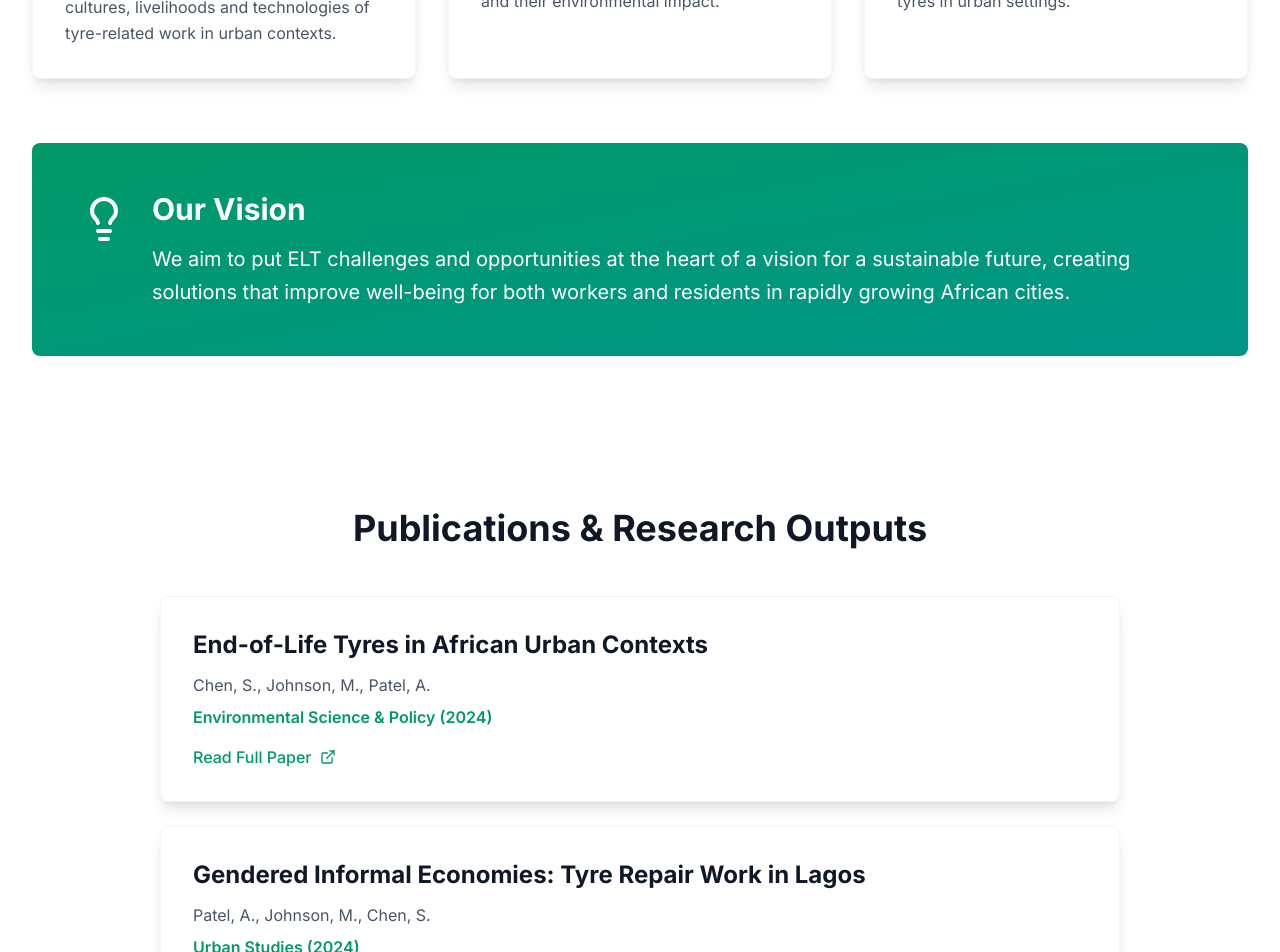
Repository: tiossdav/codesria
Page: /
An editor plug-in stored every save of this project. The page is shown before and after the next save, followed by the edit.
The browser window is 1280 px wide. The pictures show the part of the page from y = 2056 to 3008 px (the page is 5034 px tall before and 5099 px after).
The project was rebuilt for these pictures with package versions that can differ from the ones it lists, and the page was loaded fresh each time. Also part of the build but not shown: vite.config.ts.

Above is the page before, as saved 2025-11-19 19:59:29.

After the next save:
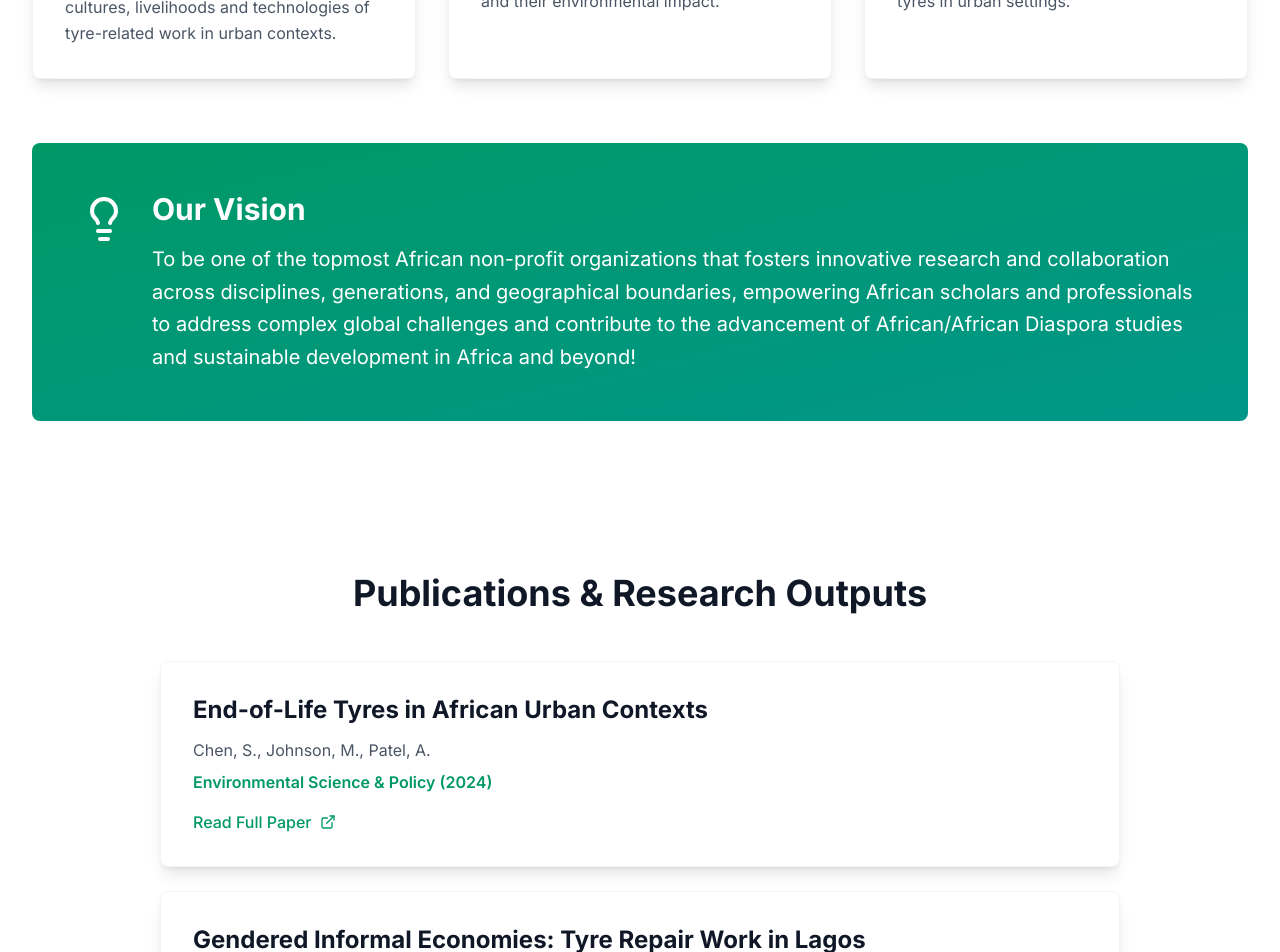
Saved 4 min 12 s later.
--- a/src/pages/Research.tsx
+++ b/src/pages/Research.tsx
@@ -59,10 +59,12 @@ function Research() {
           <div>
             <h3 className="text-3xl font-bold mb-4">Our Vision</h3>
             <p className="text-xl leading-relaxed">
-              We aim to put ELT challenges and opportunities at the heart of a
-              vision for a sustainable future, creating solutions that improve
-              well-being for both workers and residents in rapidly growing
-              African cities.
+              To be one of the topmost African non-profit organizations that
+              fosters innovative research and collaboration across disciplines,
+              generations, and geographical boundaries, empowering African
+              scholars and professionals to address complex global challenges
+              and contribute to the advancement of African/African Diaspora
+              studies and sustainable development in Africa and beyond!
             </p>
           </div>
         </div>
